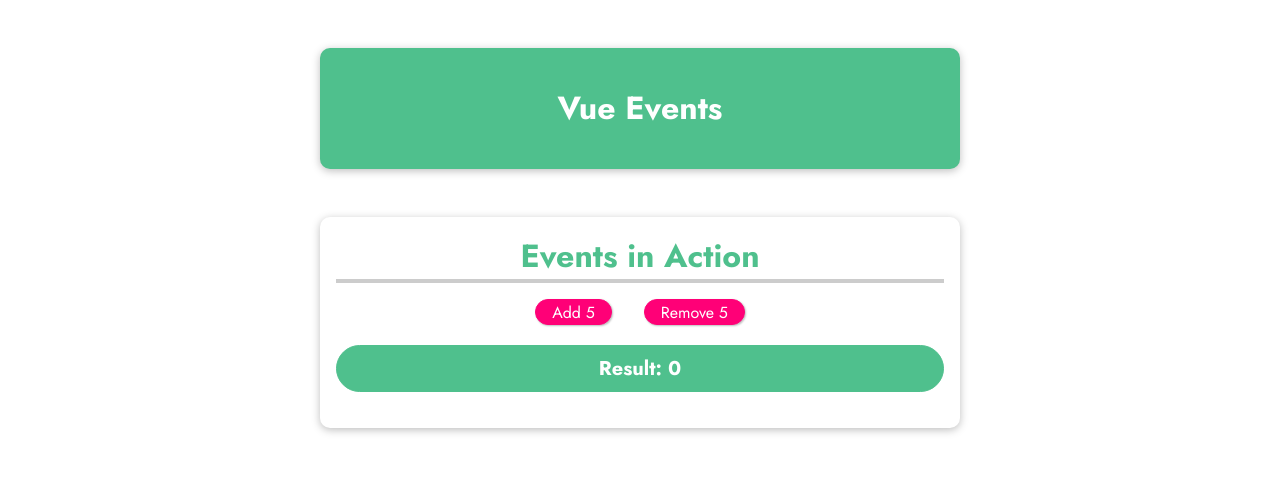
Repository: zmarkoni/Vue-The-Complete-Guide
Page: basics-03-events-starting-code/index.html
An editor plug-in stored every save of this project. The page is shown before and after a run of saves, followed by the edit.
The browser window is 1280 px wide. The pictures show the whole page.

Above is the page before, as saved 2020-12-29 17:42:54.
Console error (its wording comes from the project's code and is left out).

After the next 2 saves:
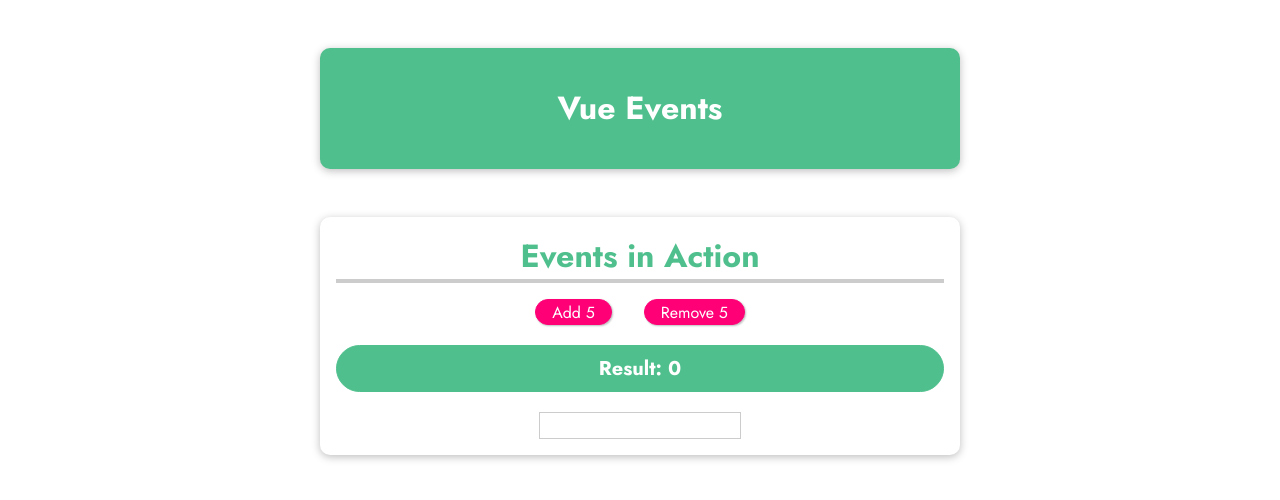
The error is gone.
The 2 saves are shown as one change because they came seconds apart.
The last was saved 7 s later.
--- a/basics-03-events-starting-code/index.html
+++ b/basics-03-events-starting-code/index.html
@@ -21,7 +21,7 @@
       <button v-on:click="add(5)">Add 5</button>
       <button v-on:click="reduce(5)">Remove 5</button>
       <p>Result: {{ counter }}</p>
-      <input
+      <input type="text">
     </section>
   </body>
 </html>
